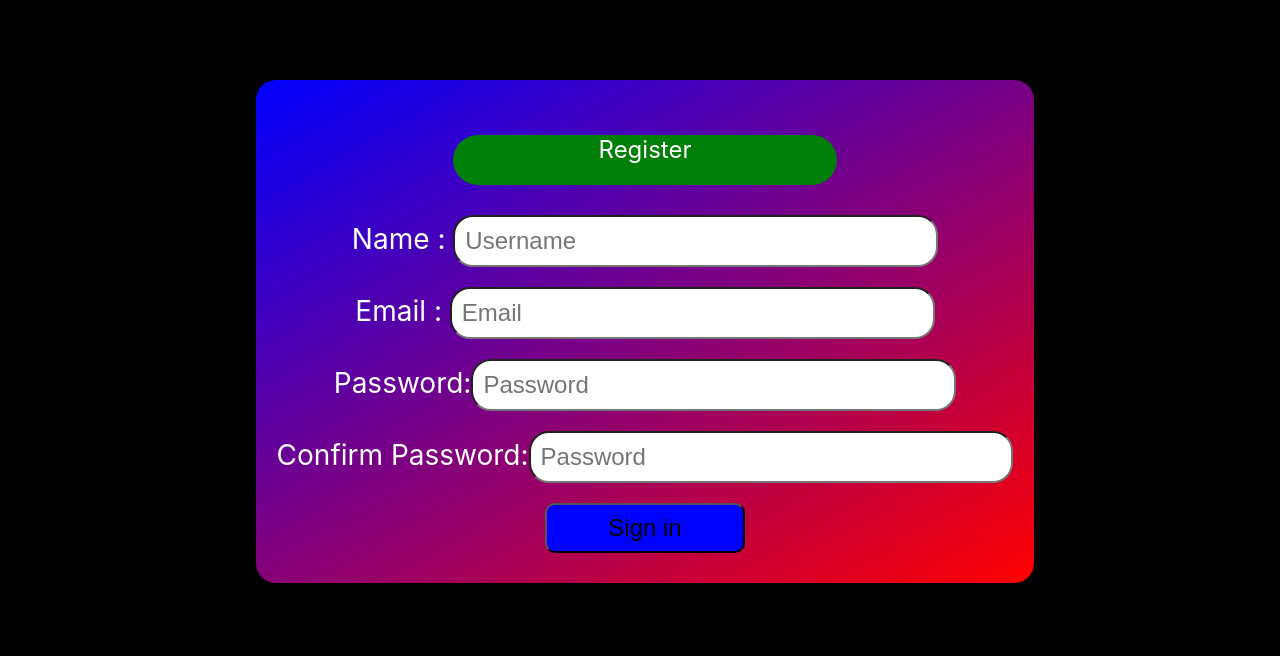
Repository: abhaysharma20233009/swiftKey
Page: /signup (app in frontend/my-app/)
The author's editor kept a copy of each file at every save. The page is drawn from the files as they stood at one save, then again after the next save.
The browser window is 1280 px wide. The pictures show the whole page.
The project was rebuilt for these pictures with package versions that can differ from the ones it lists, and the page was loaded fresh each time. Also part of the build but not shown: frontend/my-app/src/Swifts.js, frontend/my-app/src/Results.js, frontend/my-app/src/Login.js.

Above is the page before, as saved 2024-10-10 21:09:52.

After the next save:
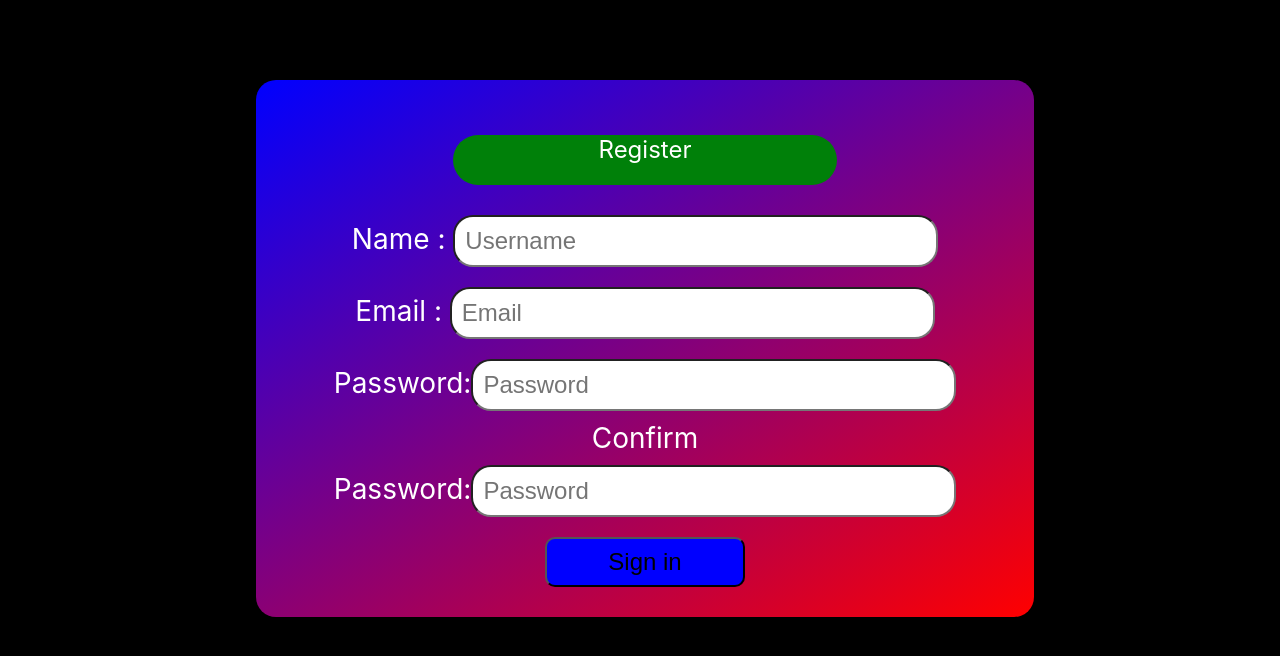
Saved 22 s later.
--- a/frontend/my-app/src/Signup.js
+++ b/frontend/my-app/src/Signup.js
@@ -79,7 +79,9 @@ const Signup = () => {
                     required
                 />
                 <br />
-                Confirm Password:<input
+                Confirm
+                <br/>
+                Password:<input
 
                     className="in"
                     type="password"
